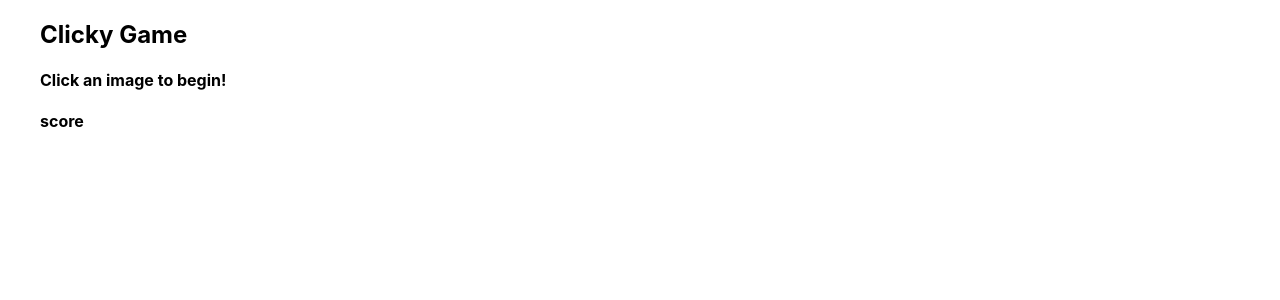
Repository: vivianuol/Clicky-game
Page: /
These files come from the project's save history. The page is drawn as it stood at one moment and after the next save; the edit follows.
The browser window is 1280 px wide. The pictures show the whole page.
The project was rebuilt for these pictures with package versions that can differ from the ones it lists, and the page was loaded fresh each time.

Above is the page before, as saved 2019-01-12 10:02:09.

### src/App.js
import React, { Component } from 'react';
import logo from './logo.svg';
import './App.css';
import Header from "./components/Header"

class App extends Component {
  render() {
    return (
      <div>
        <Header />
        {/* <Jumbotron />
        <Cards />
        <Footer /> */}
      </div>
    )
  }
}

export default App;

### src/components/Header.js
import React from "react";
import { Navbar, Nav } from 'react-bootstrap';

export default class Header extends


React.Component {
    render() {
        return (
            <Navbar>
                <Nav>

                    <h2>Clicky Game</h2>
                    <h4>Click an image to begin!</h4>
                    <h4>score</h4>
                </Nav>
            </Navbar>
        );
    }
}

### src/App.css
.App {
  text-align: center;
}

.App-logo {
  animation: App-logo-spin infinite 20s linear;
  height: 40vmin;
}

.App-header {
  background-color: #282c34;
  min-height: 100vh;
  display: flex;
  flex-direction: column;
  align-items: center;
  justify-content: center;
  font-size: calc(10px + 2vmin);
  color: white;
}

.App-link {
  color: #61dafb;
}

Nav>h2, Nav>h4 {
  display: inline-block;
}

@keyframes App-logo-spin {
  from {
    transform: rotate(0deg);
  }
  to {
    transform: rotate(360deg);
  }
}

Loaded but not shown: public/index.html (common file); src/index.js (common file); src/index.css (common file); src/serviceWorker.js (common file)

After the next save:
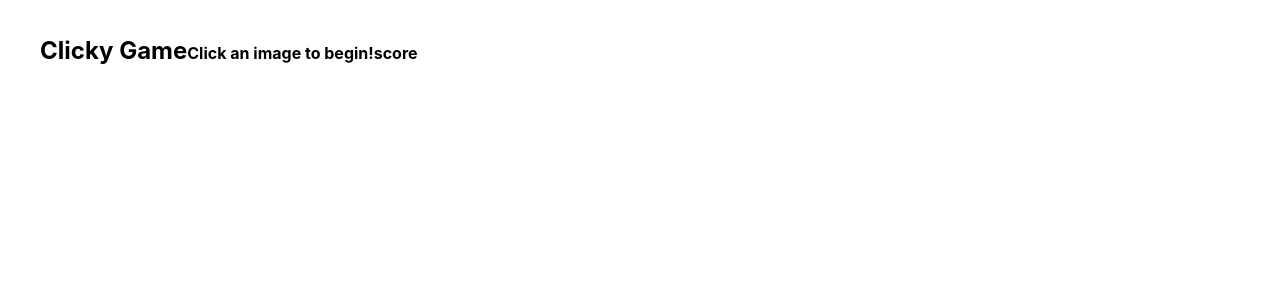
Saved 107 s later.
--- a/src/App.css
+++ b/src/App.css
@@ -22,7 +22,7 @@
   color: #61dafb;
 }
 
-Nav>h2, Nav>h4 {
+Nav h2, Nav h4 {
   display: inline-block;
 }
 
